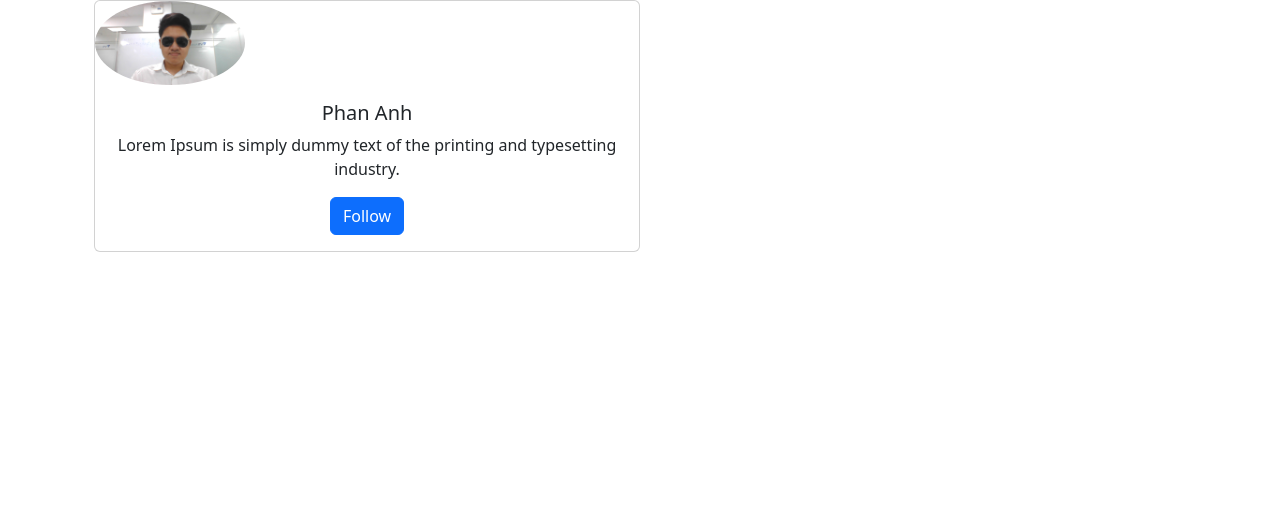
Repository: NPhanA/React2022
Page: / (app in Day 03-React/exercise/)
These files come from the project's save history. The page is drawn as it stood at one moment and after the next save; the edit follows.
The browser window is 1280 px wide. The pictures show the whole page.
The project was rebuilt for these pictures with package versions that can differ from the ones it lists, and the page was loaded fresh each time. Also part of the build but not shown: Day 03-React/exercise/src/App.css, Day 03-React/exercise/src/App.js, Day 03-React/exercise/src/Components/UserAgent.js.

Above is the page before, as saved 2022-07-26 14:24:27.

### Day 03-React/exercise/src/index.js
import React from 'react';
import ReactDOM from 'react-dom/client';
import './index.css';
import App from './App';
import reportWebVitals from './reportWebVitals';
import 'bootstrap/dist/css/bootstrap.min.css';
import {createRoot} from 'react-dom/client';
import UserAgent from './Components/UserAgent';
import App1 from './Components/ProfileCard';
import ProfileCard from './Components/ProfileCard';
const container = document.getElementById('root');
const root = createRoot(container);
root.render(<ProfileCard />);

### Day 03-React/exercise/src/Components/ProfileCard.js
import avatar from '../Pictures/Avatar.jpg';
import space from '../Pictures/Space.jpg';
function ProfileCard() {
    return (
        <div className="container ">
            <div className="row mx-auto">
                <div className="col-xs-12 col-xxl-6 mx-auto">
        <div className="card w-50 text-center" >

        <img className="card-img-top rounded-circle" src={avatar} alt={'Space'} style={{width:'150px'}}></img>

        <div className="card-body">
          <h5 className="card-title">Phan Anh</h5>
          <p className="card-text">Lorem Ipsum is simply dummy text of the printing and typesetting industry.</p>
          <a href="#" className="btn btn-primary">Follow</a>
        </div>
      </div>
      </div>
      </div>
      </div>
    );
  }

  export default ProfileCard;

Loaded but not shown: Day 03-React/exercise/public/index.html (common file); Day 03-React/exercise/src/index.css (common file); Day 03-React/exercise/src/reportWebVitals.js (common file)

After the next save:
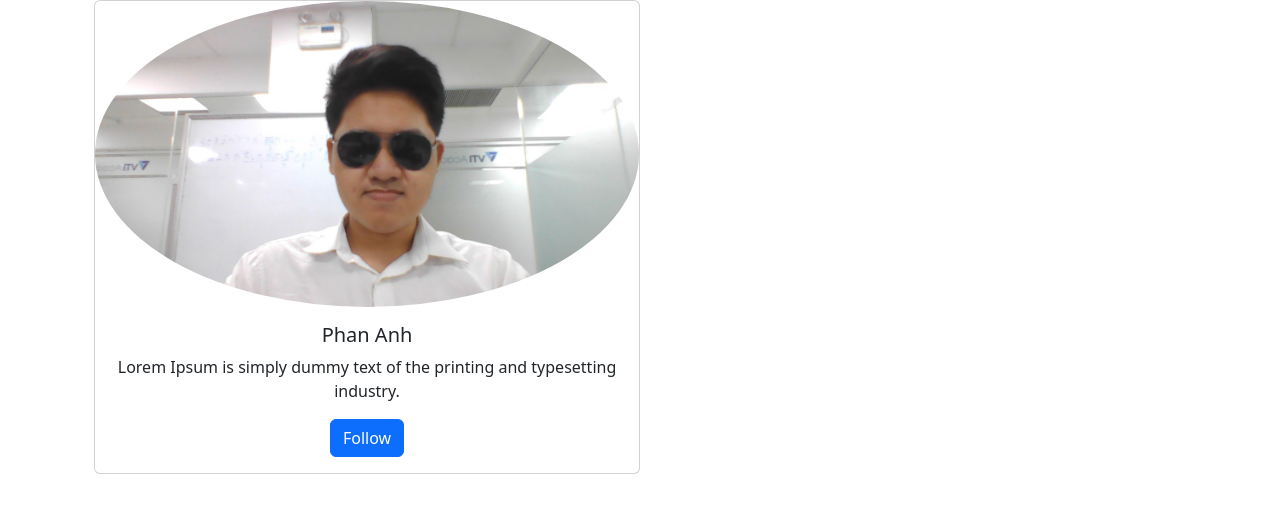
Saved 16 s later.
--- a/Day 03-React/exercise/src/Components/ProfileCard.js
+++ b/Day 03-React/exercise/src/Components/ProfileCard.js
@@ -6,9 +6,7 @@ function ProfileCard() {
             <div className="row mx-auto">
                 <div className="col-xs-12 col-xxl-6 mx-auto">
         <div className="card w-50 text-center" >
-
-        <img className="card-img-top rounded-circle" src={avatar} alt={'Space'} style={{width:'150px'}}></img>
-
+        <img className="card-img-top rounded-circle" src={avatar} alt={'Space'} style={{backgroundImage: space}}></img>
         <div className="card-body">
           <h5 className="card-title">Phan Anh</h5>
           <p className="card-text">Lorem Ipsum is simply dummy text of the printing and typesetting industry.</p>
